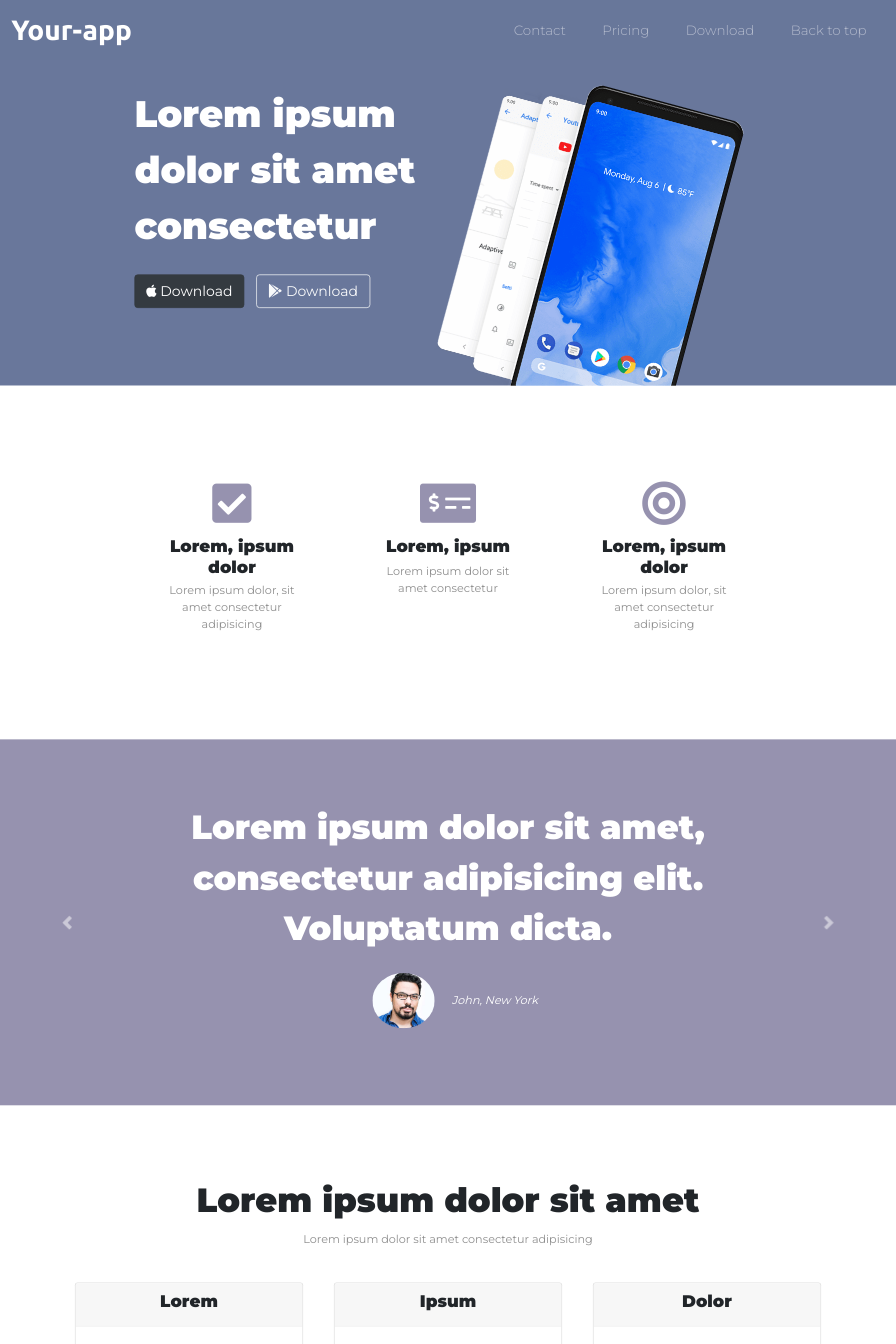
Repository: Isanderr/Simple_landing_page_2-Bootstrap4
Page: index.html
The author's editor kept a copy of each file at every save. The page is drawn from the files as they stood at one save, then again after the next save.
The browser window is 1280 px wide. The pictures show the part of the page from y = 0 to 1920 px (the page is 3125 px tall), at 70% of full size.
Some web libraries are served in a nearby version.

Above is the page before, as saved 2019-02-03 20:26:28.

After the next save:
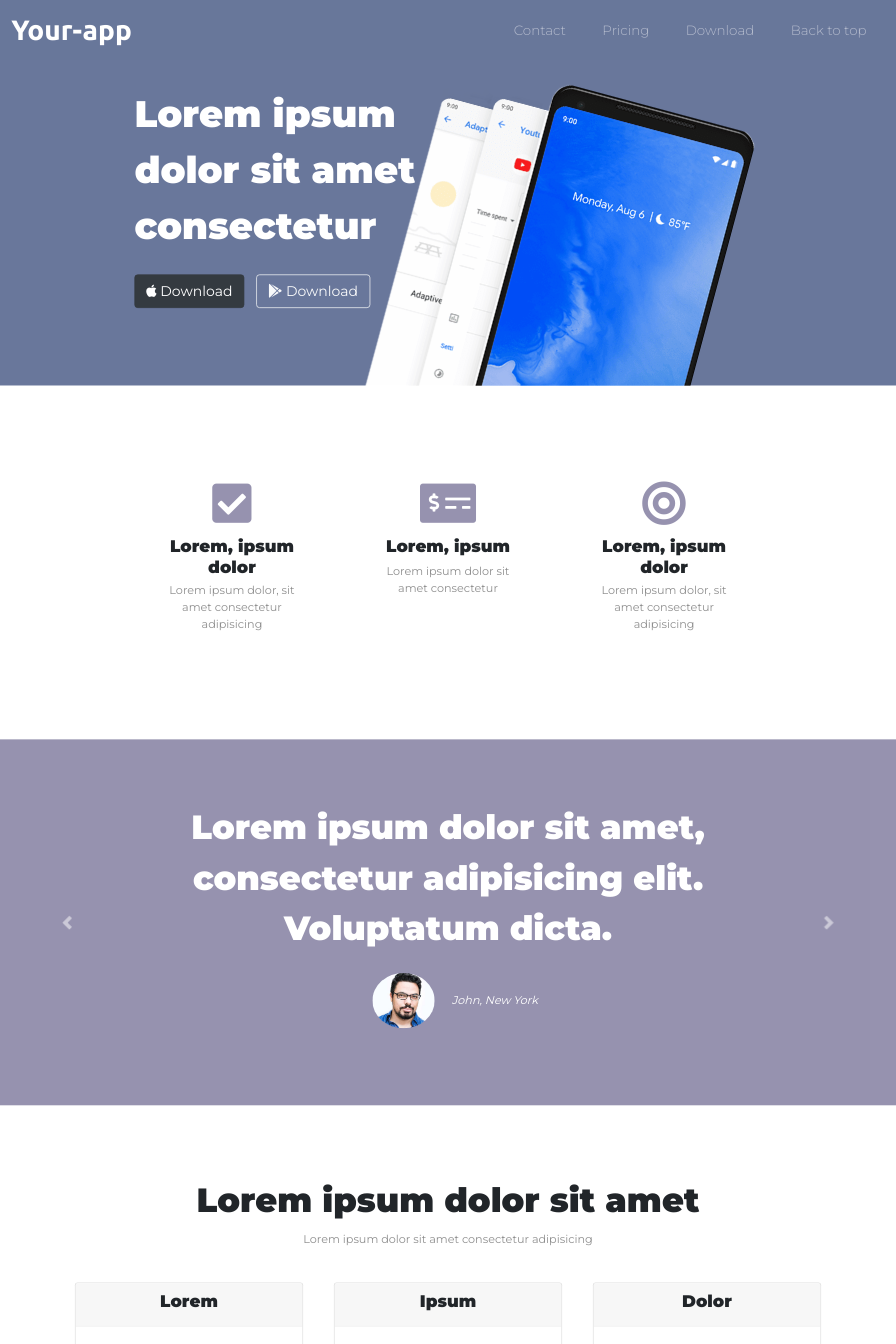
Saved 8 min 20 s later.
--- a/css/styles.css
+++ b/css/styles.css
@@ -83,7 +83,7 @@
 /* title img */
 
 .title-img {
-    width: 75%;
+    max-width: : 75%;
     transform: rotate(15deg);
     position: absolute;
     right: 20%;

After the save that followed:
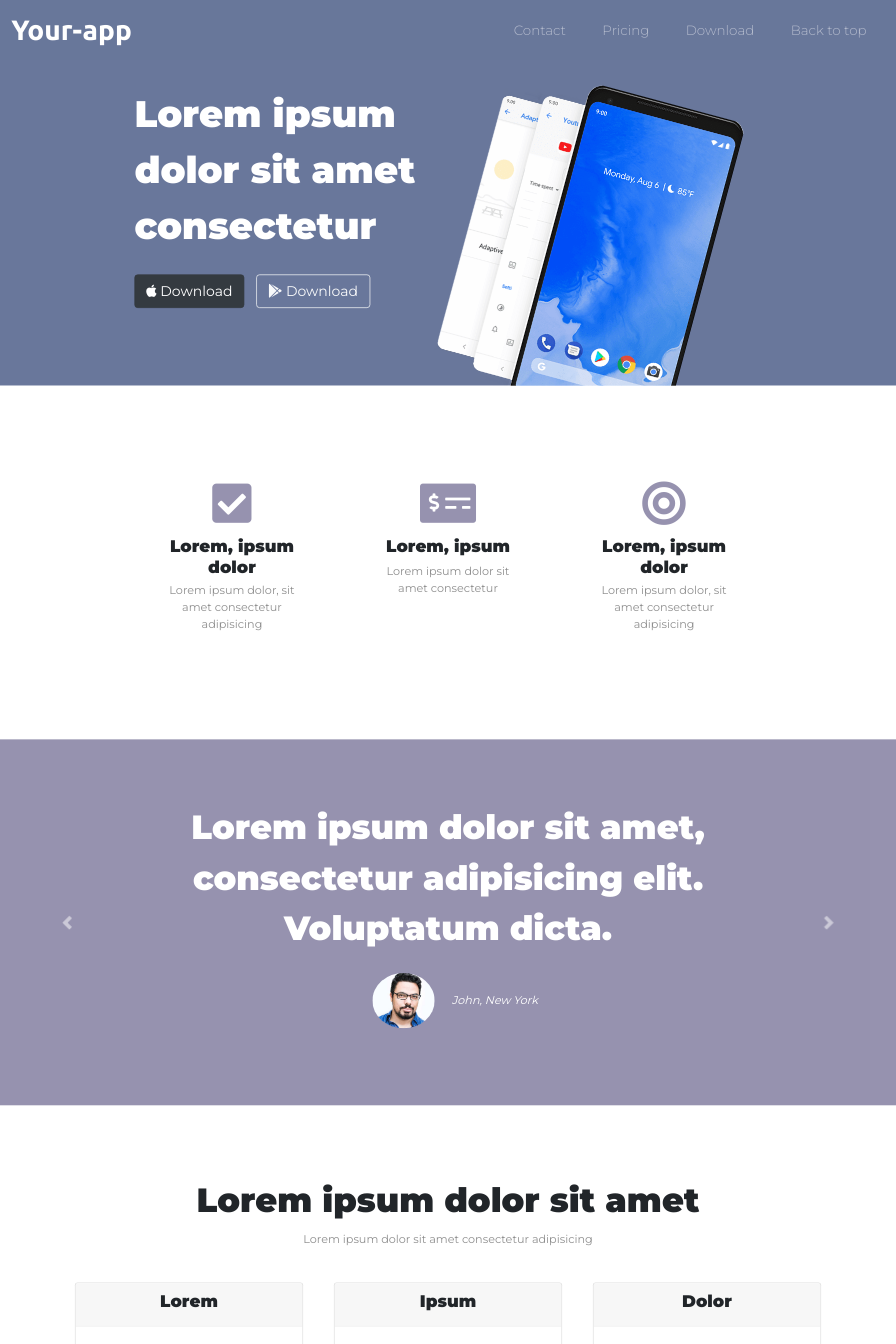
Saved 10 s later.
--- a/css/styles.css
+++ b/css/styles.css
@@ -83,7 +83,7 @@
 /* title img */
 
 .title-img {
-    max-width: : 75%;
+    max-width: 75%;
     transform: rotate(15deg);
     position: absolute;
     right: 20%;
